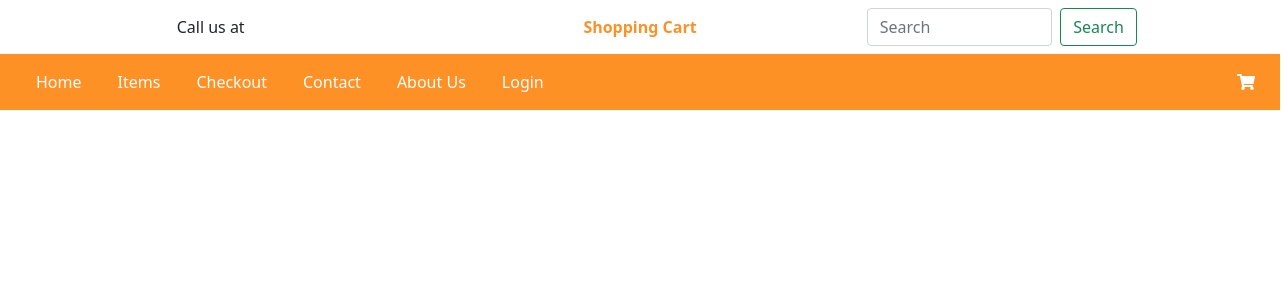
Repository: SaudCh/React-Ecommerce
Page: /login
These files come from the project's save history. The page is drawn as it stood at one moment and after the next save; the edit follows.
The browser window is 1280 px wide. The page is 1284 px wide, so the pictures cover 1284 px, including what lies to the right of the window. The pictures show the whole page.
The project was rebuilt for these pictures with package versions that can differ from the ones it lists, and the page was loaded fresh each time. Also part of the build but not shown: src/App.css.

Above is the page before, as saved 2021-12-05 12:42:36.

After the next save:
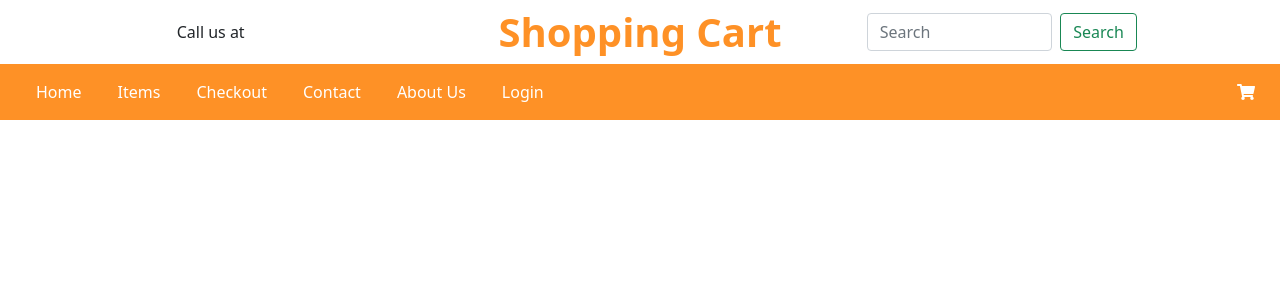
Saved 6 s later.
--- a/src/Header/Header.jsx
+++ b/src/Header/Header.jsx
@@ -13,7 +13,7 @@ export default function Header() {
             <p className="m-0 p-0">Call us at </p>
           </div>
           <div className="col-12 col-md-4 text-center">
-            <p className="m-0 fw-bold" style={{ color: "#fe9126" }}>
+            <p className="m-0 fw-bold h1" style={{ color: "#fe9126" }}>
               Shopping Cart
             </p>
           </div>
